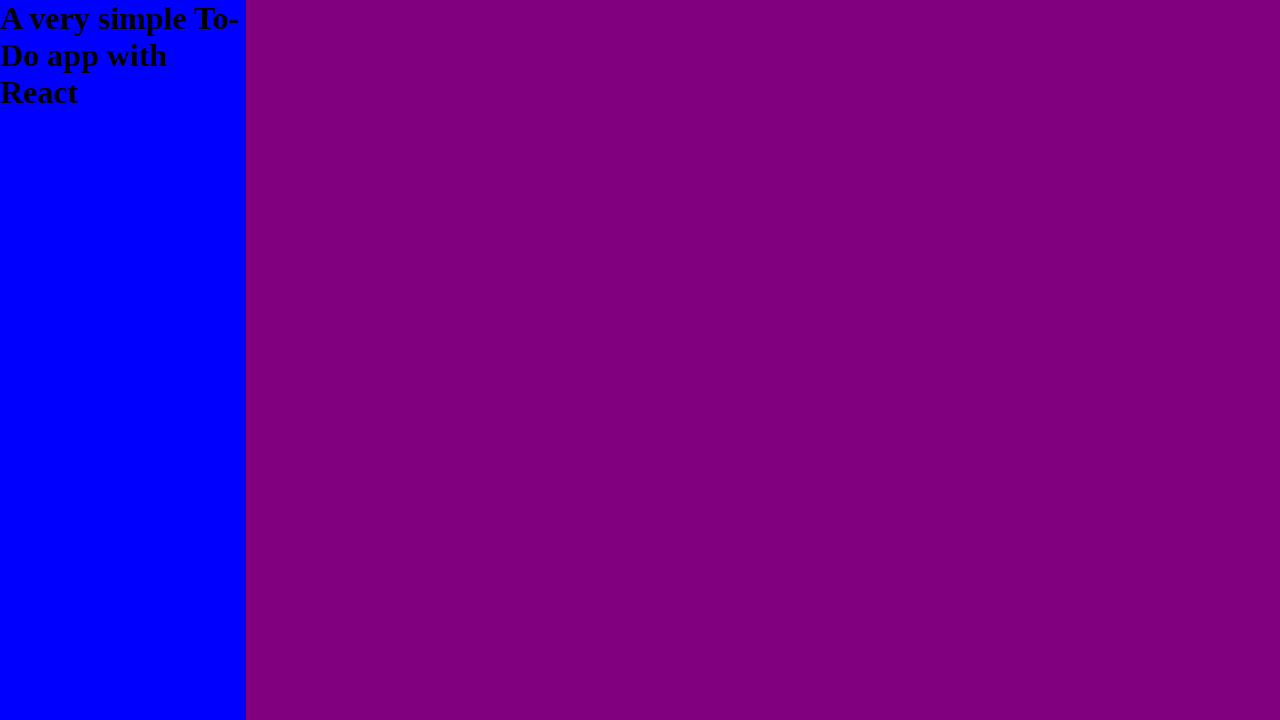
Repository: darioskpavoni/to-do-react
Page: /
The author's editor kept a copy of each file at every save. The page is drawn from the files as they stood at one save, then again after the next save.
The browser window is 1280 px wide. The pictures show the whole page.
The project was rebuilt for these pictures with package versions that can differ from the ones it lists, and the page was loaded fresh each time. Also part of the build but not shown: vite.config.ts.

Above is the page before, as saved 2023-03-19 23:42:07.

After the next save:
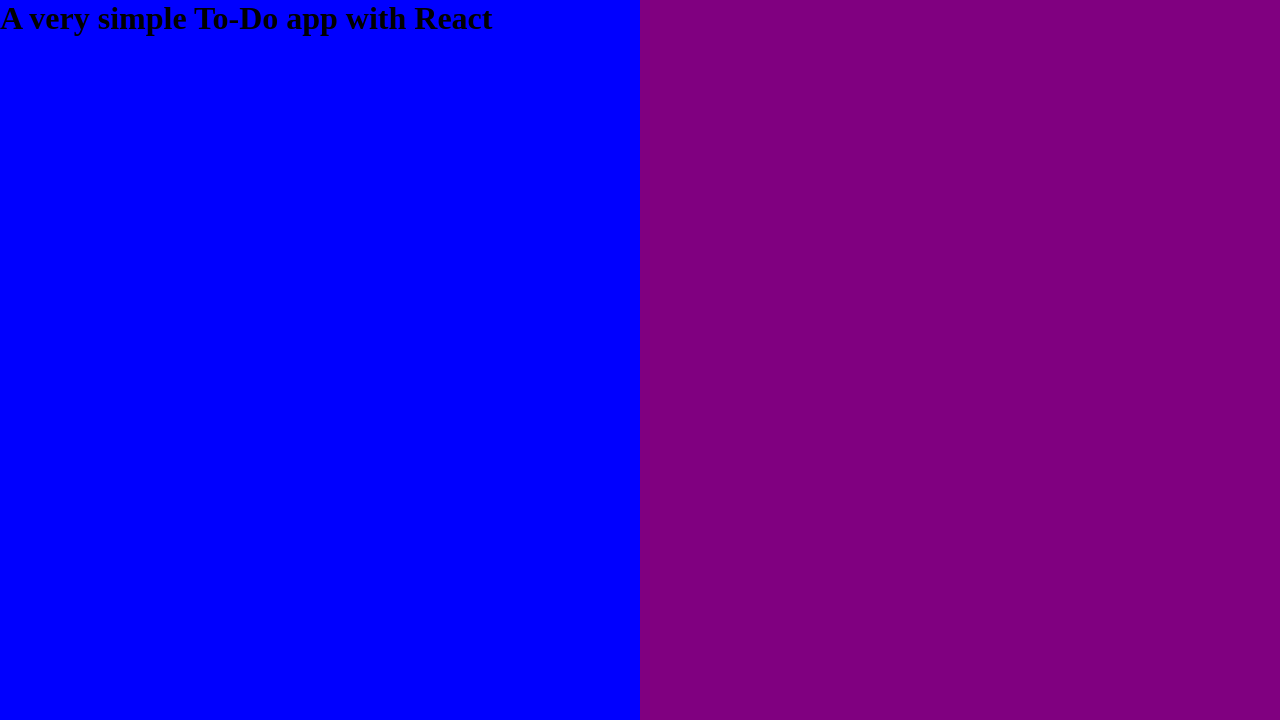
Saved 5 min 22 s later.
--- a/src/index.css
+++ b/src/index.css
@@ -4,7 +4,8 @@
 }
 
 :root,
-#root {
+body,
+body > #root {
   height: 100%;
   width: 100%;
 }
